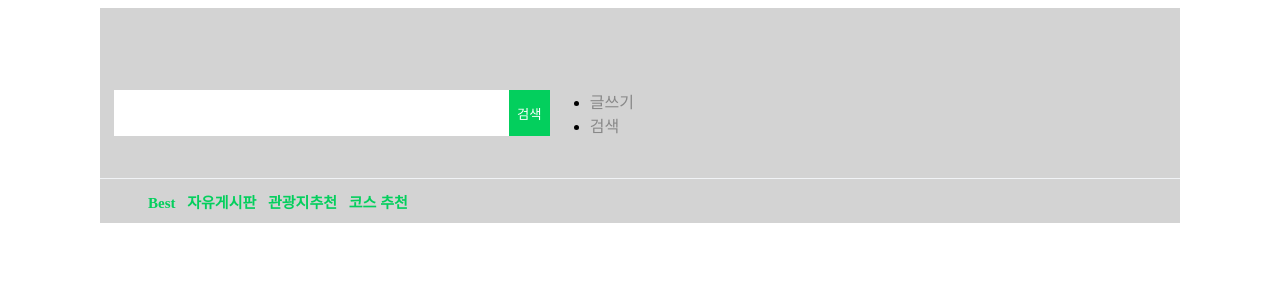
Repository: HJCroCat/project4
Page: http://localhost/koravle/boardMain.jsp
These files come from the project's save history. The page is drawn as it stood at one moment and after the next save; the edit follows.
The browser window is 1280 px wide. The pictures show the whole page.
The page is served by Tomcat 9. Nobody is signed in. The application's start-up code is not run.

Above is the page before, as saved 2021-12-10 10:20:00.

After the next save:
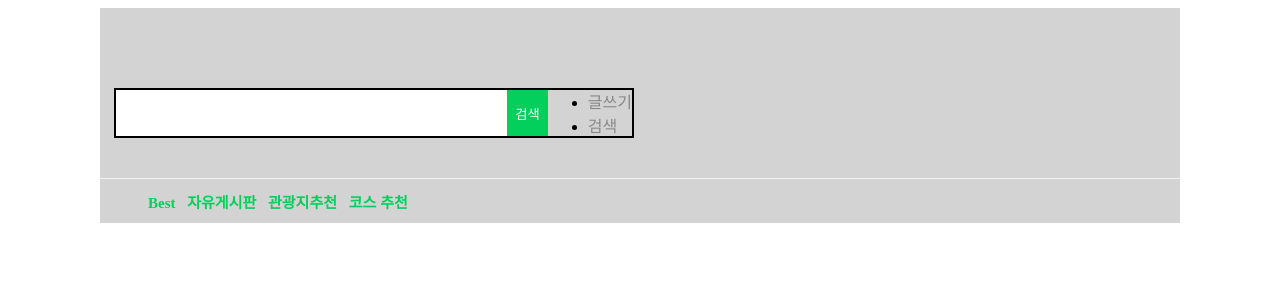
Saved 6 s later.
--- a/koravle/koravle/src/main/webapp/resources/style/stylecss.css
+++ b/koravle/koravle/src/main/webapp/resources/style/stylecss.css
@@ -38,7 +38,7 @@ fieldset {
 .search_box {
   width: 520px;
   height: 50px;
-  border: 2px solid #black;
+  border: 2px solid black;
   display: flex;
   align-items: center;
 }
